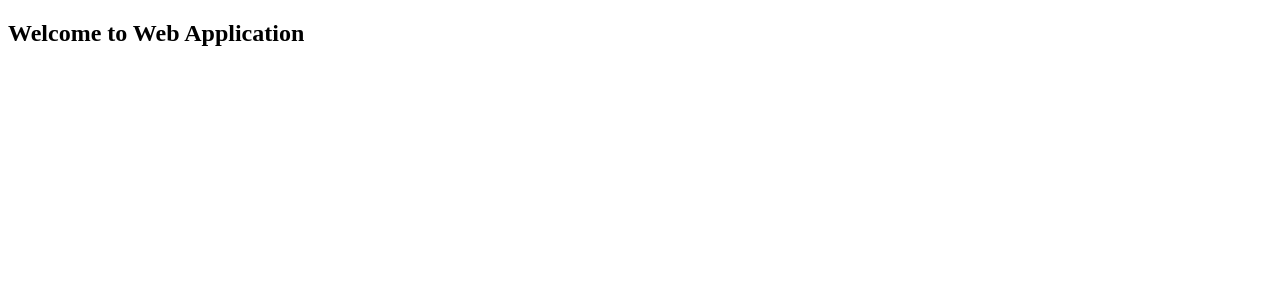
Repository: runeshgazane/Advance_Java_Practice
Page: Day2/Day2_2/src/main/webapp/home.html
The author's editor kept a copy of each file at every save. The page is drawn from the files as they stood at one save, then again after the next save.
The browser window is 1280 px wide. The pictures show the whole page.

Above is the page before, as saved 2023-01-19 09:26:23.

After the next save:
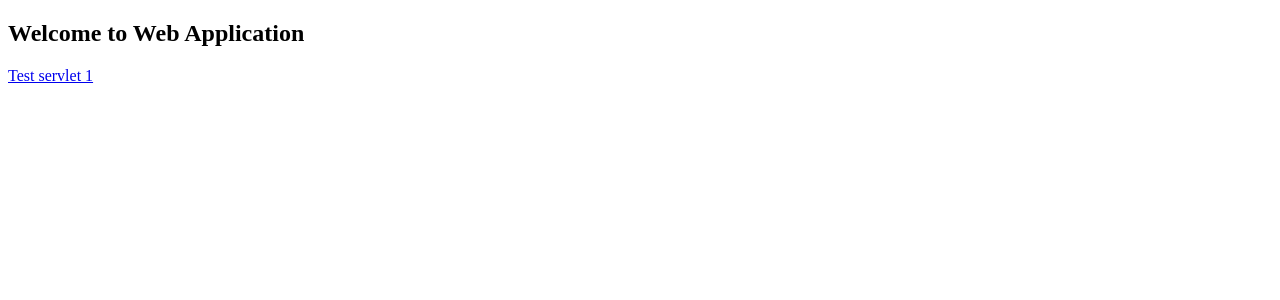
Saved 2 min 26 s later.
--- a/Day2/Day2_2/src/main/webapp/home.html
+++ b/Day2/Day2_2/src/main/webapp/home.html
@@ -6,5 +6,6 @@
 </head>
 <body>
 	<h2>Welcome to Web Application</h2>
+	<a href="test1">Test servlet 1</a>
 </body>
 </html>
